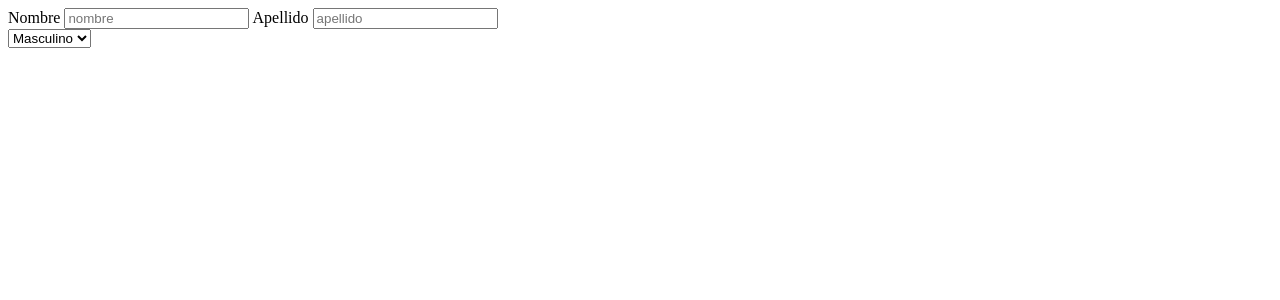
Repository: oskiman18/TP-Final
Page: http://localhost/Tp_integrador_grupo_2/perfil.jsp
These files come from the project's save history. The page is drawn as it stood at one moment and after the next save; the edit follows.
The browser window is 1280 px wide. The pictures show the whole page.
The page is served by Tomcat 9.

Above is the page before, as saved 2021-06-23 16:15:53.

### Tp_integrador_grupo_2/src/main/webapp/perfil.jsp
<%@ page language="java" contentType="text/html; charset=ISO-8859-1"
    pageEncoding="ISO-8859-1"%>
<!DOCTYPE html>
<html>
<head>
<meta charset="ISO-8859-1">
<title> Home </title>
</head>

	<body>
		<form>
			<div>
				<label for='nombre'>Nombre</label>
				<input name='nombre' type='text' placeholder='nombre'>

				<label for='apellido'>Apellido</label>
				<input name='apellido' type='text' placeholder='apellido'>
			</div>
			<div>
				<select>
					<option value='1'> Masculino </option>
					<option value='2'> Femenino </option>
					<option value='3'> Otro </option>
				</select>
			</div>

		</form>
	</body>

</html>

After the next save:
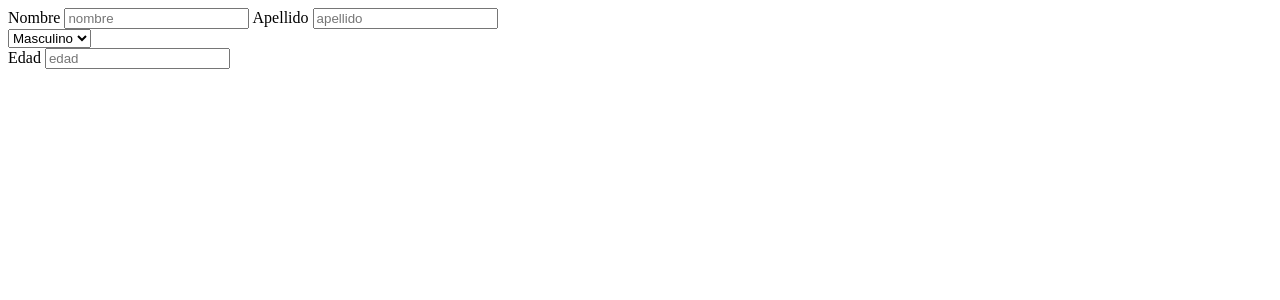
Saved 34 s later.
--- a/Tp_integrador_grupo_2/src/main/webapp/perfil.jsp
+++ b/Tp_integrador_grupo_2/src/main/webapp/perfil.jsp
@@ -16,6 +16,7 @@
 				<label for='apellido'>Apellido</label>
 				<input name='apellido' type='text' placeholder='apellido'>
 			</div>
+
 			<div>
 				<select>
 					<option value='1'> Masculino </option>
@@ -24,6 +25,11 @@
 				</select>
 			</div>
 
+			<div>
+				<label for='edad'>Edad</label>
+				<input name='edad' type='edad' placeholder='edad'>
+			</div>
+
 		</form>
 	</body>
 
